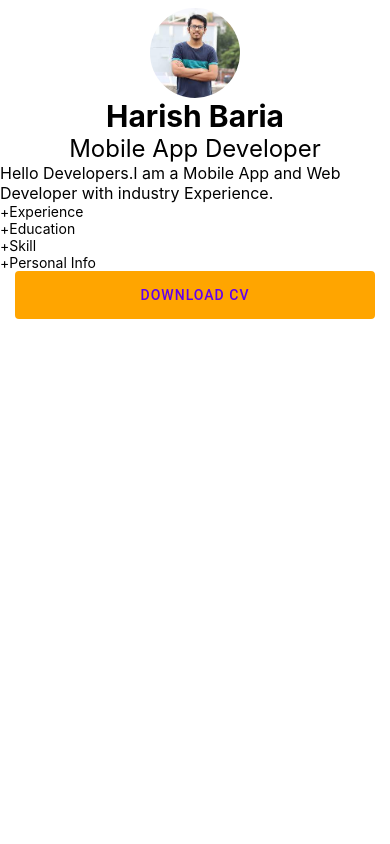
Repository: harishbariya/React-Native-ui-desiign
Screen: /
The author's editor kept a copy of each file at every save. The screen is drawn from the files as they stood at one save, then again after the next save.
The app was drawn by React Native's web renderer in a window 390 px wide. The project was rebuilt for these pictures with package versions that can differ from the ones it lists, and the page was loaded fresh each time.

Above is the screen before, as saved 2021-11-17 15:00:48.

After the next save:
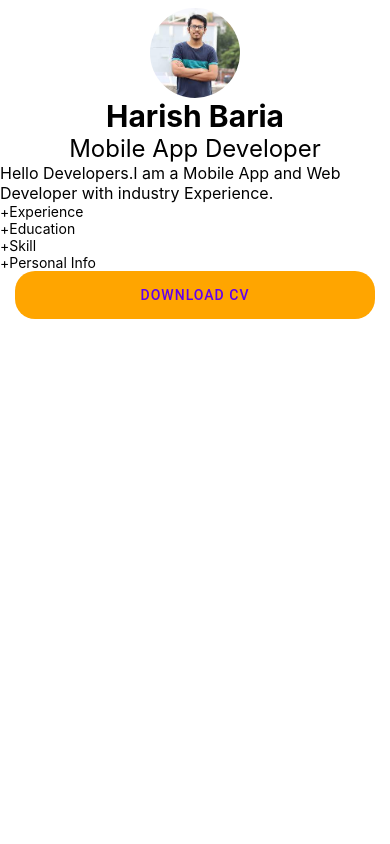
Saved 12 s later.
--- a/App.js
+++ b/App.js
@@ -39,7 +39,7 @@ class App extends Component
 
 
           <View>
-            <Button style={{backgroundColor:"orange",padding:7,marginHorizontal:15}}>Download CV</Button>
+            <Button style={{backgroundColor:"orange",padding:7,marginHorizontal:15,borderRadius:20}}>Download CV</Button>
           </View>
       </View>
 
